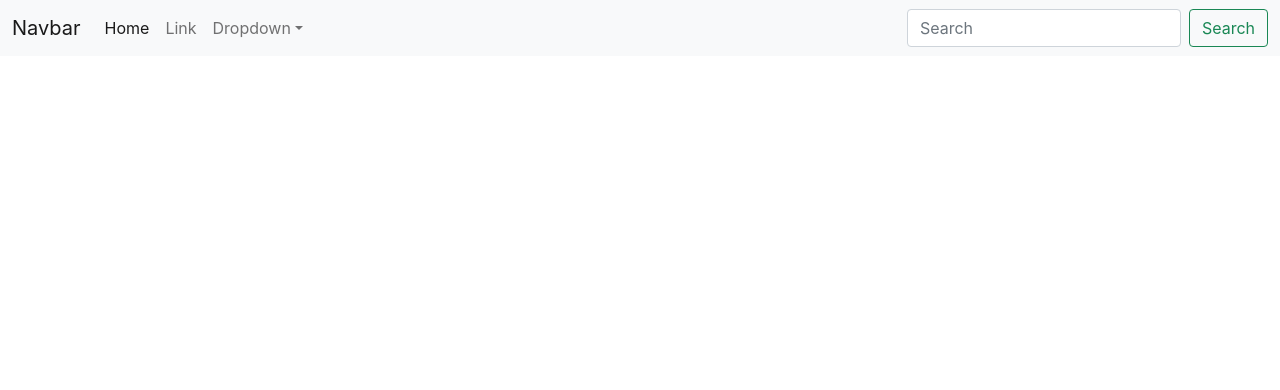
Repository: Ali0548/WebEducatorz-Batch6-7-9-10
Page: / (app in frontend/)
The author's editor kept a copy of each file at every save. The page is drawn from the files as they stood at one save, then again after the next save.
The browser window is 1280 px wide. The pictures show the whole page.
The project was rebuilt for these pictures with package versions that can differ from the ones it lists, and the page was loaded fresh each time.

Above is the page before, as saved 2023-11-26 16:40:44.

After the next save:
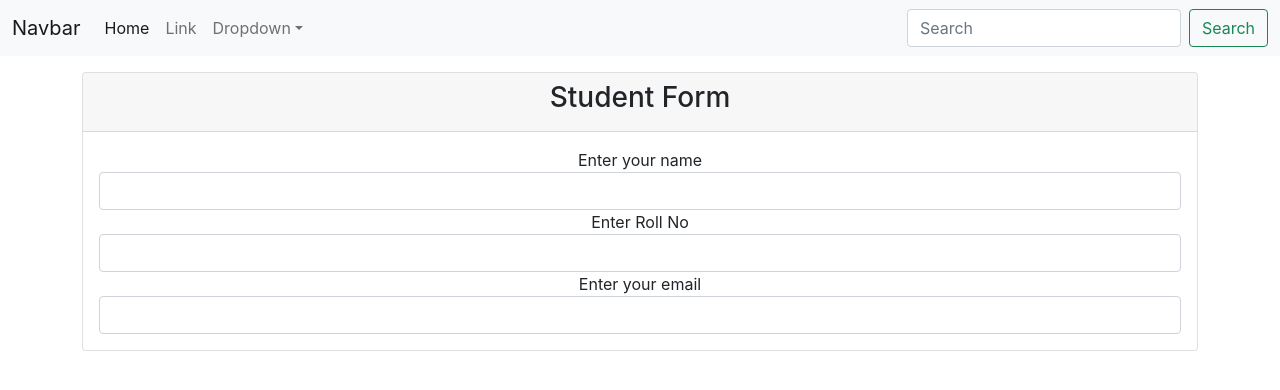
Saved 11 s later.
--- a/frontend/src/App.js
+++ b/frontend/src/App.js
@@ -1,11 +1,13 @@
 import logo from './logo.svg';
 import './App.css';
 import Navbar from './components/Navbar';
+import StudentForm from './components/StudentForm';
 
 function App() {
   return (
     <div className="App">
       <Navbar />
+      <StudentForm />
     </div>
   );
 }
